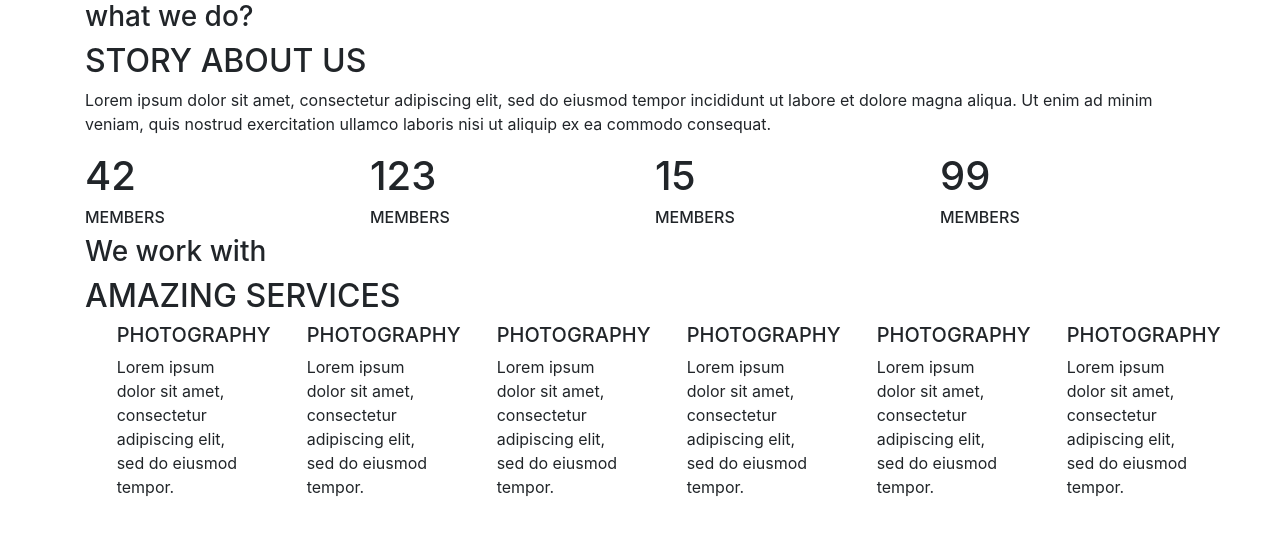
Repository: nourabdelhakam/MoGo-template
Page: index.html
The author's editor kept a copy of each file at every save. The page is drawn from the files as they stood at one save, then again after the next save.
The browser window is 1280 px wide. The pictures show the whole page.
Some web libraries are served in a nearby version. The style sheet was rebuilt from its Sass, Less or Tailwind sources for each picture, by a compiler version that may differ from the author's.

Above is the page before, as saved 2021-02-21 19:04:23.

After the next save:
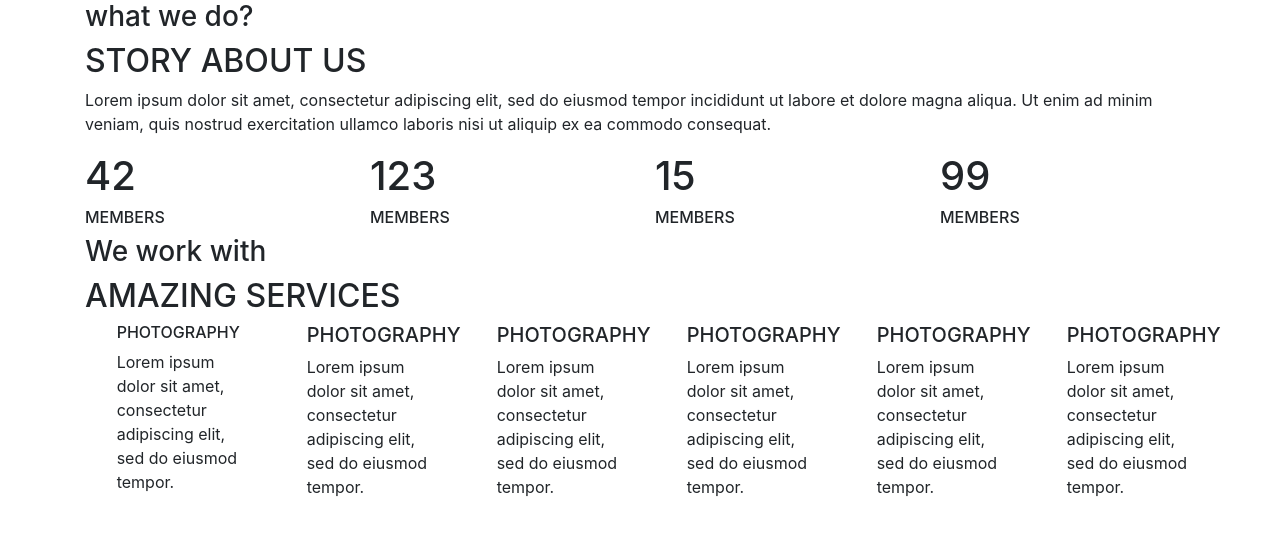
Saved 60 s later.
--- a/index.html
+++ b/index.html
@@ -56,7 +56,7 @@
                     <div class="row">
                         <div class="col-2"></div>
                         <div class="col-10">
-                            <h5>PHOTOGRAPHY</h5>
+                            <h6>PHOTOGRAPHY</h6>
                             <p>Lorem ipsum dolor sit amet, consectetur adipiscing elit, sed do eiusmod tempor.</p>
                         </div>
                     </div>
